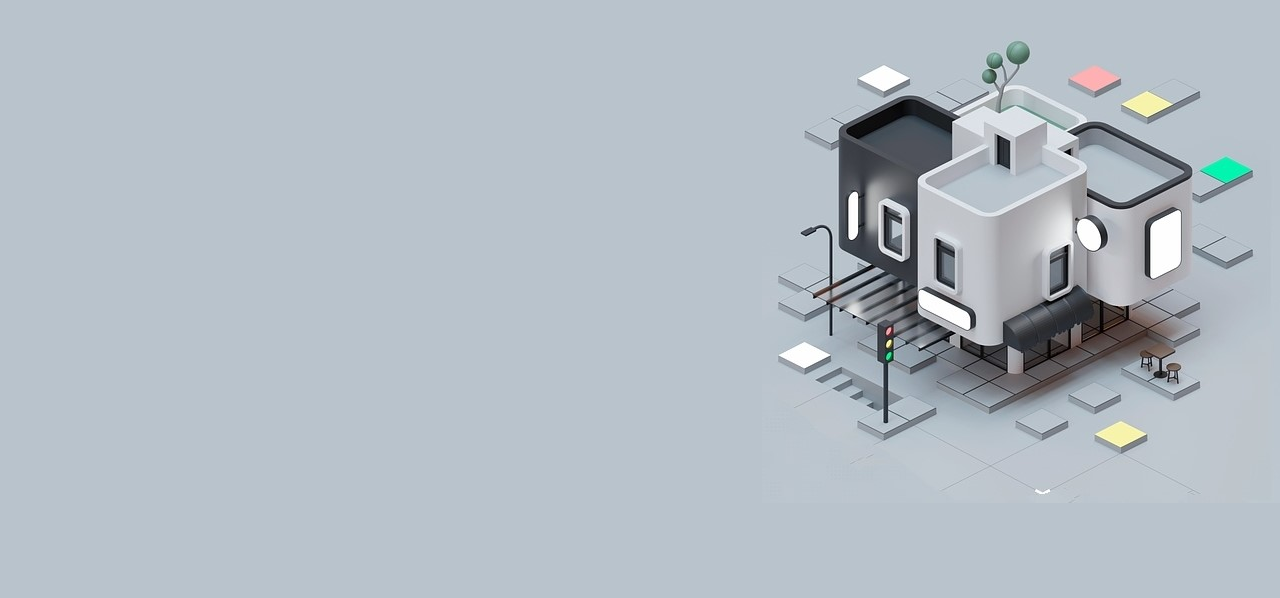
Repository: Aayush919/taskui
Page: index.html
The author's editor kept a copy of each file at every save. The page is drawn from the files as they stood at one save, then again after the next save.
The browser window is 1280 px wide. The pictures show the whole page.

Above is the page before, as saved 2024-01-12 12:24:44.

After the next save:
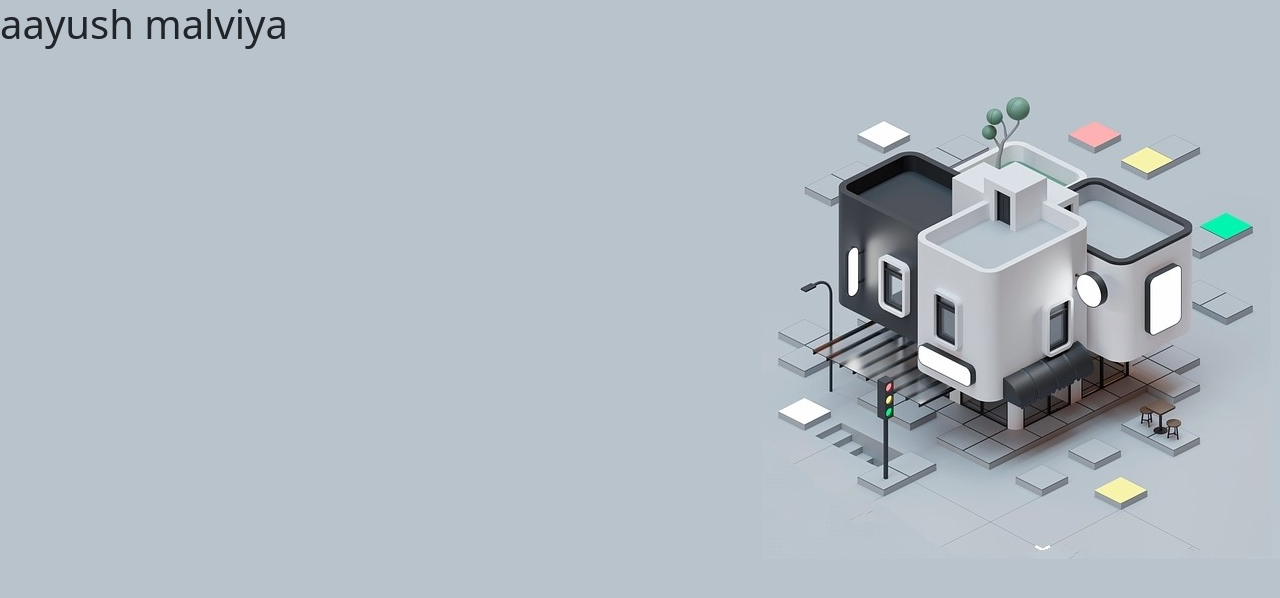
Saved 14 s later.
--- a/index.html
+++ b/index.html
@@ -15,7 +15,9 @@
 
 
     <div class="custom-bg">
-        <div class="right"></div>
+        <div class="right">
+            <h1>aayush malviya</h1>
+        </div>
         <div class="left">
             <img src="./bg.jpg" alt="" class="img-fluid">
         </div>
